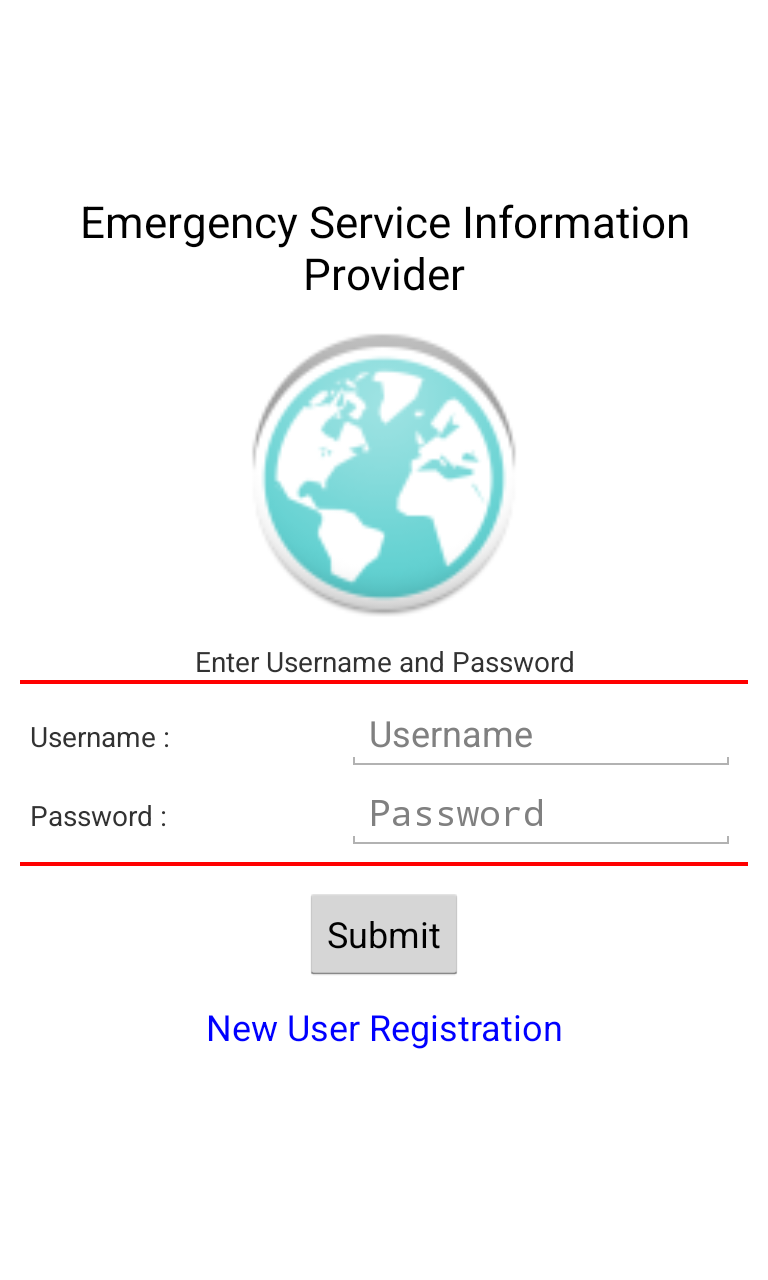
Repository: mansee8/Emergency-Service-Information-Provider
Layout: Emergency Service Information Provider/ESIP/ESIP/res/layout/home.xml
An editor plug-in stored every save of this project. The layout is shown before and after the next save, followed by the edit.
It is drawn on a 768 x 1280 px phone screen (xhdpi) without system bars, with theme AppTheme; the app's code is not run.

Above is the layout before, as saved 2014-03-06 08:34:59.

### Emergency Service Information Provider/ESIP/ESIP/res/layout/home.xml
<?xml version="1.0" encoding="utf-8"?>
<LinearLayout xmlns:android="http://schemas.android.com/apk/res/android"
    android:layout_width="fill_parent"
    android:layout_height="fill_parent"
    android:gravity="center_horizontal"
    android:orientation="vertical"
    android:padding="5dp" >

    <LinearLayout
        android:layout_width="fill_parent"
        android:layout_height="fill_parent"
        android:gravity="center"
        android:orientation="vertical"
        android:padding="5dp" >

        <TextView
            android:id="@+id/textView1"
            android:layout_width="fill_parent"
            android:layout_height="wrap_content"
            android:gravity="center"
            android:text="Emergency Service Information Provider"
            android:textAppearance="?android:attr/textAppearanceLarge" />

        <ImageView
            android:id="@+id/imageView1"
            android:layout_width="150dp"
            android:layout_height="150dp"
            android:layout_margin="10dp"
            android:src="@drawable/ic_launcher" />

        <TextView
            android:layout_width="fill_parent"
            android:layout_height="wrap_content"
            android:gravity="center"
            android:text="Enter Username and Password" />

        <View
            android:layout_width="fill_parent"
            android:layout_height="2dp"
            android:background="#ff0000" />

        <TableLayout
            android:layout_width="fill_parent"
            android:layout_height="wrap_content"
            android:padding="5dp"
            android:stretchColumns="*" >

            <TableRow>

                <TextView
                    android:layout_width="wrap_content"
                    android:layout_height="wrap_content"
                    android:text="Username : " />

                <EditText
                    android:id="@+id/usernameEditText"
                    android:layout_width="wrap_content"
                    android:layout_height="wrap_content"
                    android:hint="Username" />
            </TableRow>

            <TableRow>

                <TextView
                    android:layout_width="wrap_content"
                    android:layout_height="wrap_content"
                    android:text="Password : " />

                <EditText
                    android:id="@+id/passwordEditText"
                    android:layout_width="wrap_content"
                    android:layout_height="wrap_content"
                    android:hint="Password"
                    android:inputType="textPassword" />
            </TableRow>
        </TableLayout>

        <View
            android:layout_width="fill_parent"
            android:layout_height="2dp"
            android:background="#ff0000" />

        <Button
            android:id="@+id/submitButton"
            android:layout_width="wrap_content"
            android:layout_height="wrap_content"
            android:layout_margin="10dp"
            android:text="Submit" />

        <TextView
            android:id="@+id/newUserView"
            android:layout_width="fill_parent"
            android:layout_height="wrap_content"
            android:gravity="center"
            android:textColor="#0000FF"
            android:text="New User Registration"
            android:textAppearance="?android:attr/textAppearanceMedium" />

        <TextView
            android:id="@+id/resultView"
            android:layout_width="wrap_content"
            android:layout_height="wrap_content" />
    </LinearLayout>

</LinearLayout>

Loaded but not shown: Emergency Service Information Provider/ESIP/ESIP/res/values/styles.xml (common file); Emergency Service Information Provider/ESIP/ESIP/res/values-v11/styles.xml (common file); Emergency Service Information Provider/ESIP/ESIP/res/values-v14/styles.xml (common file)

After the next save:
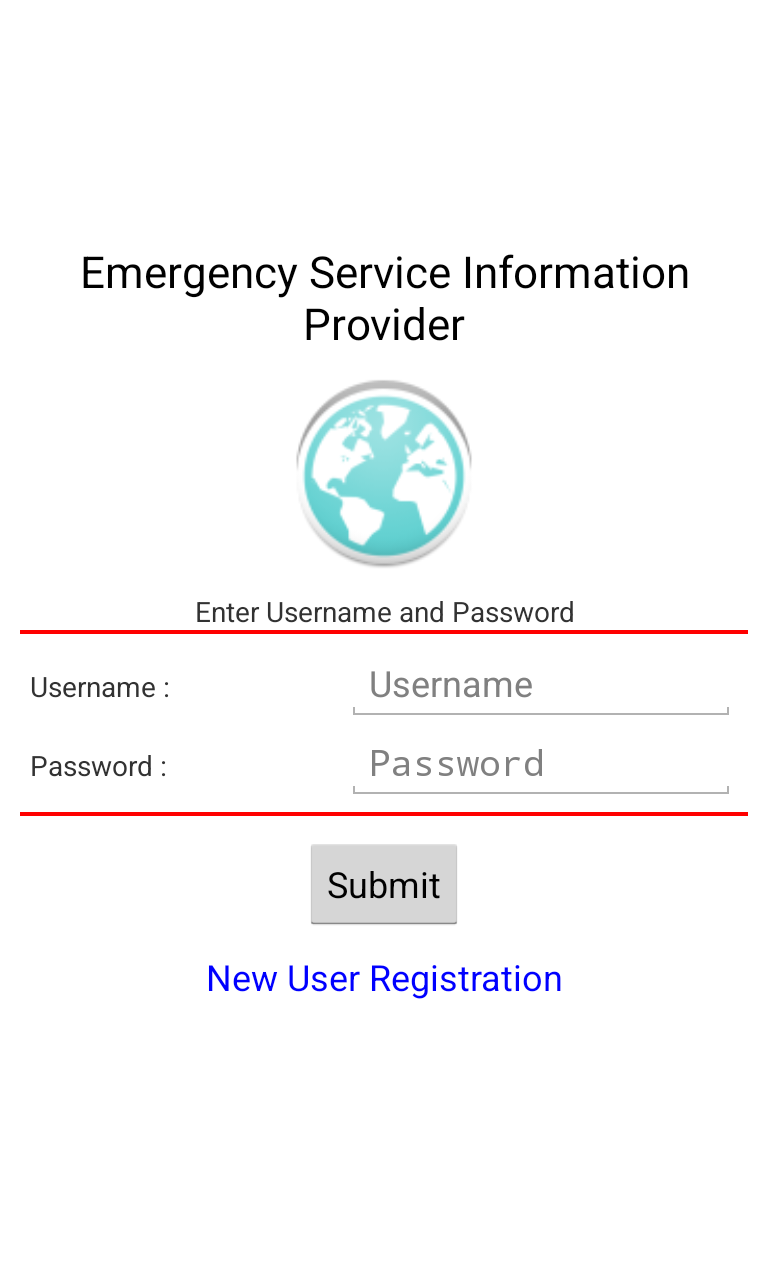
Saved 5 min 28 s later.
--- a/Emergency Service Information Provider/ESIP/ESIP/res/layout/home.xml
+++ b/Emergency Service Information Provider/ESIP/ESIP/res/layout/home.xml
@@ -23,8 +23,8 @@
 
         <ImageView
             android:id="@+id/imageView1"
-            android:layout_width="150dp"
-            android:layout_height="150dp"
+            android:layout_width="100dp"
+            android:layout_height="100dp"
             android:layout_margin="10dp"
             android:src="@drawable/ic_launcher" />
 
